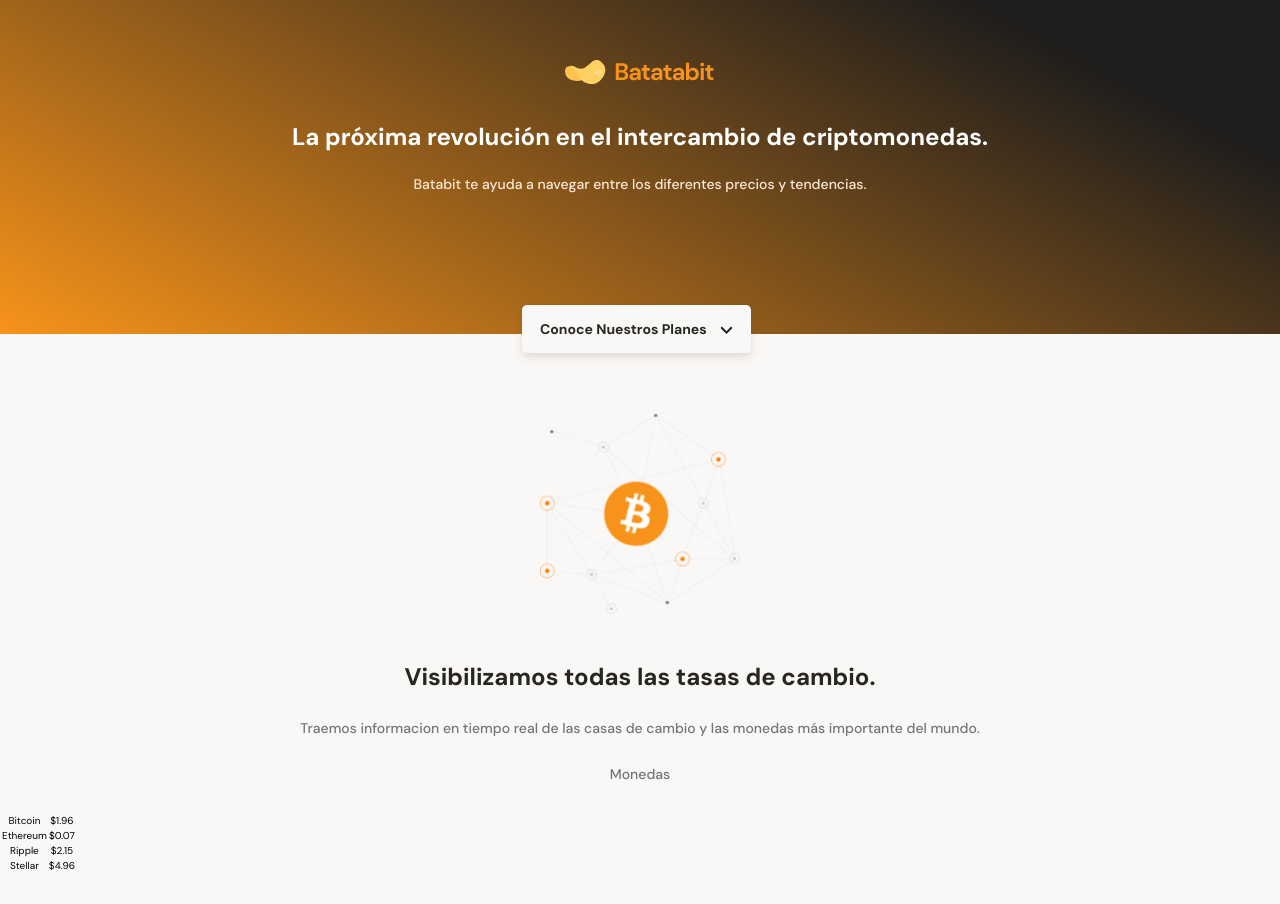
Repository: EnzoSz/Mobile-First
Page: index.html
An editor plug-in stored every save of this project. The page is shown before and after the next save, followed by the edit.
The browser window is 1280 px wide. The pictures show the whole page.

Above is the page before, as saved 2021-01-28 19:01:34.

After the next save:
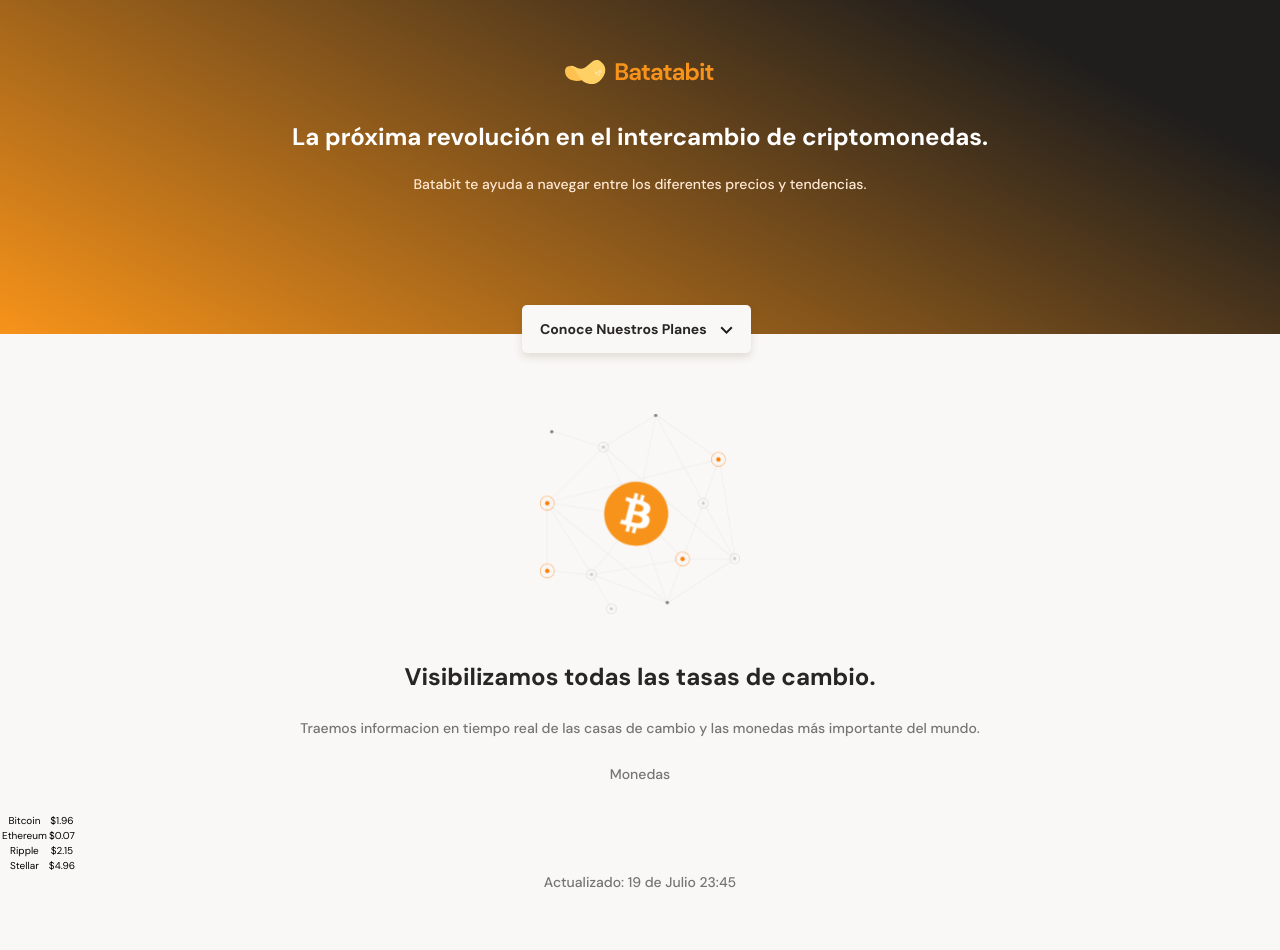
Saved 55 min 53 s later.
--- a/index.html
+++ b/index.html
@@ -28,27 +28,32 @@
                 </p>
             </div>
             <section class="main-tables-container">
-                <div>
-                    <p>Monedas</p>
-                    <div>
+                <div class="main-currency-table">
+                    <p class="currency-table--title">Monedas</p>
+                    <div class="currency-table--container">
                         <table>
                             <tr>
-                                <td>Bitcoin</td>
-                                <td>$1.96</td>
+                                <td class="table__top-left">Bitcoin</td>
+                                <td class="table__top-right table__right">$1.96 <span></span></td>
                             </tr>
                             <tr>
                                 <td>Ethereum</td>
-                                <td>$0.07</td>
+                                <td class="table__right">$0.07</td>
                             </tr>
                             <tr>
                                 <td>Ripple</td>
-                                <td>$2.15</td>
+                                <td class="table__right">$2.15</td>
                             </tr>
                             <tr>
-                                <td>Stellar</td>
-                                <td>$4.96</td>
+                                <td class="table__bottom-left">Stellar</td>
+                                <td class="table__bottom-right table__rirght">$4.96</td>
                             </tr>
                         </table>
+                    </div>
+                    <div>
+                        <p>
+                            Actualizado: 19 de Julio 23:45
+                        </p>
                     </div>
                 </div>
             </section>
